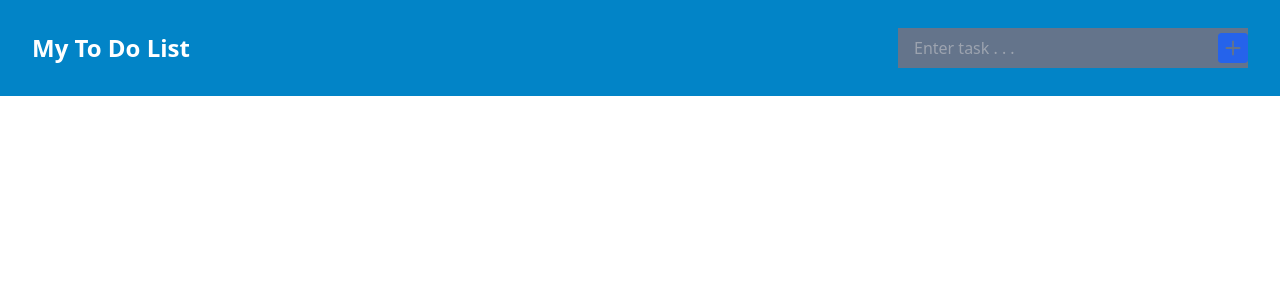
Repository: SaadYasin/react-to-do-list
Page: /
An editor plug-in stored every save of this project. The page is shown before and after a run of saves, followed by the edit.
The browser window is 1280 px wide. The pictures show the whole page.
The project was rebuilt for these pictures with package versions that can differ from the ones it lists, and the page was loaded fresh each time. Also part of the build but not shown: src/App.css.

Above is the page before, as saved 2022-11-09 15:53:37.

### public/index.html
<!DOCTYPE html>
<html lang="en">
  <head>
    <meta charset="utf-8" />
    <link rel="icon" href="%PUBLIC_URL%/favicon.ico" />
    <meta name="viewport" content="width=device-width, initial-scale=1" />
    <meta name="theme-color" content="#000000" />
    <meta
      name="description"
      content="Web site created using create-react-app"
    />
    <link rel="apple-touch-icon" href="%PUBLIC_URL%/logo192.png" />

    <link rel="manifest" href="%PUBLIC_URL%/manifest.json" />

    <title>React | To Do List</title>
  </head>
  <body>
    <noscript>You need to enable JavaScript to run this app.</noscript>
    <div id="root"></div>

  </body>
</html>

### src/App.js
import Header from './components/Header';
import './App.css';

function App() {
  return (
    <div>
      <Header />
    </div>
  );
}

export default App;

### src/components/Header.js
import React from 'react'
import Input from './Input'

const Header = () => {
  return (
    <div className="flex flex-col items-center md:flex-row md:justify-between h-24 bg-sky-600 px-8">
      <h1 className="text-2xl font-bold text-white my-2">My To Do List</h1>
      <Input />
    </div>
  );
}

export default Header

### src/components/Input.js
import React from 'react'
import { BsFillPlusSquareFill } from "react-icons/bs";

const Input = () => {
  return (
    <div>
      <form className="flex h-10 bg-slate-500">
        <input
          type="text"
          placeholder="Enter task . . ."
          className="bg-transparent px-4 w-80"
        />
        <button className="text-3xl text-blue-600" type="submit">
          <BsFillPlusSquareFill />
        </button>
      </form>
    </div>
  );
}

export default Input

Loaded but not shown: src/index.js (common file); src/index.css (common file); tailwind.config.js (common file)

After the next 2 saves:
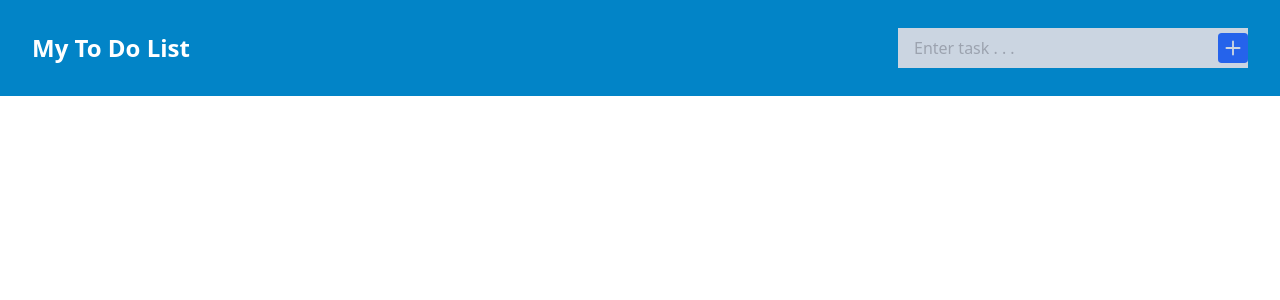
The 2 saves are shown as one change because they came seconds apart.
The last was saved 10 s later.
--- a/src/components/Input.js
+++ b/src/components/Input.js
@@ -4,7 +4,7 @@
 const Input = () => {
   return (
     <div>
-      <form className="flex h-10 bg-slate-500">
+      <form className="flex h-10 bg-slate-300">
         <input
           type="text"
           placeholder="Enter task . . ."
